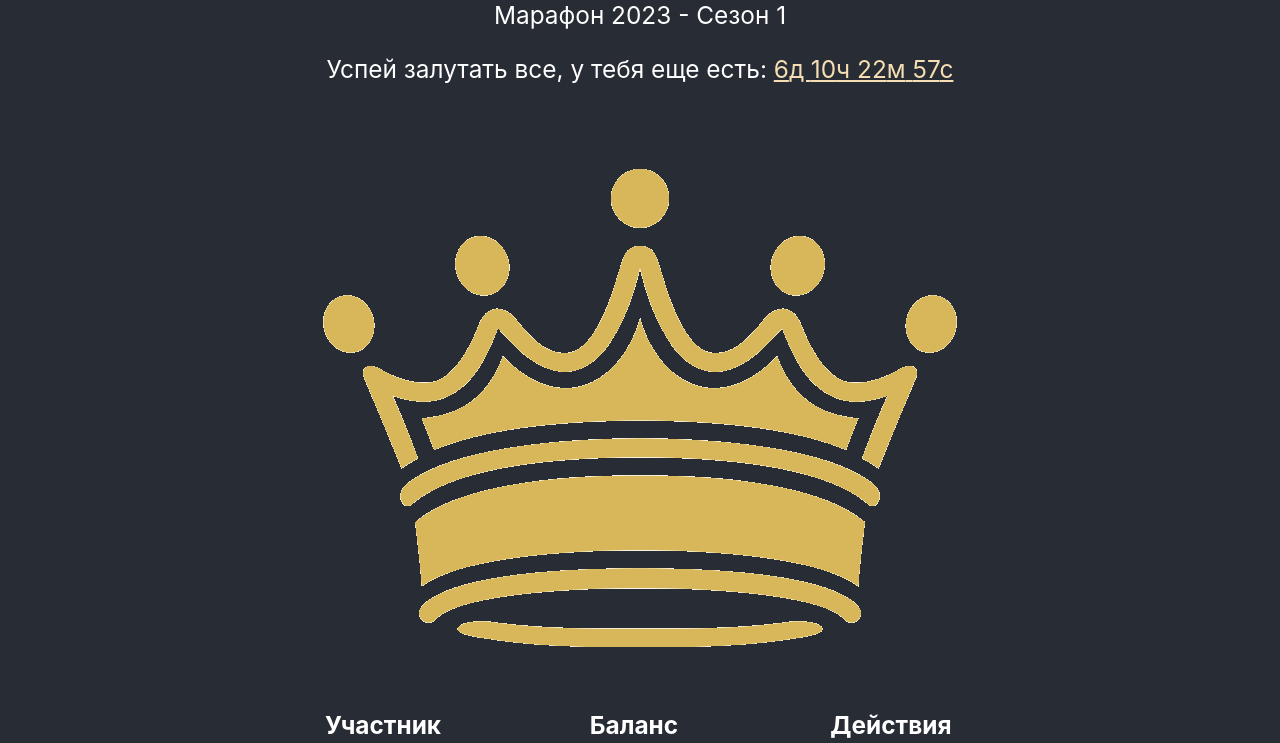
Repository: bandikost/capers
Page: /main
The author's editor kept a copy of each file at every save. The page is drawn from the files as they stood at one save, then again after the next save.
The browser window is 1280 px wide. The pictures show the whole page.
The page's requests for data from a server got no answer. The project was rebuilt for these pictures with package versions that can differ from the ones it lists, and the page was loaded fresh each time. No one was signed in, and anything a server would have sent is missing.

Above is the page before, as saved 2023-04-10 17:04:04.

After the next save:
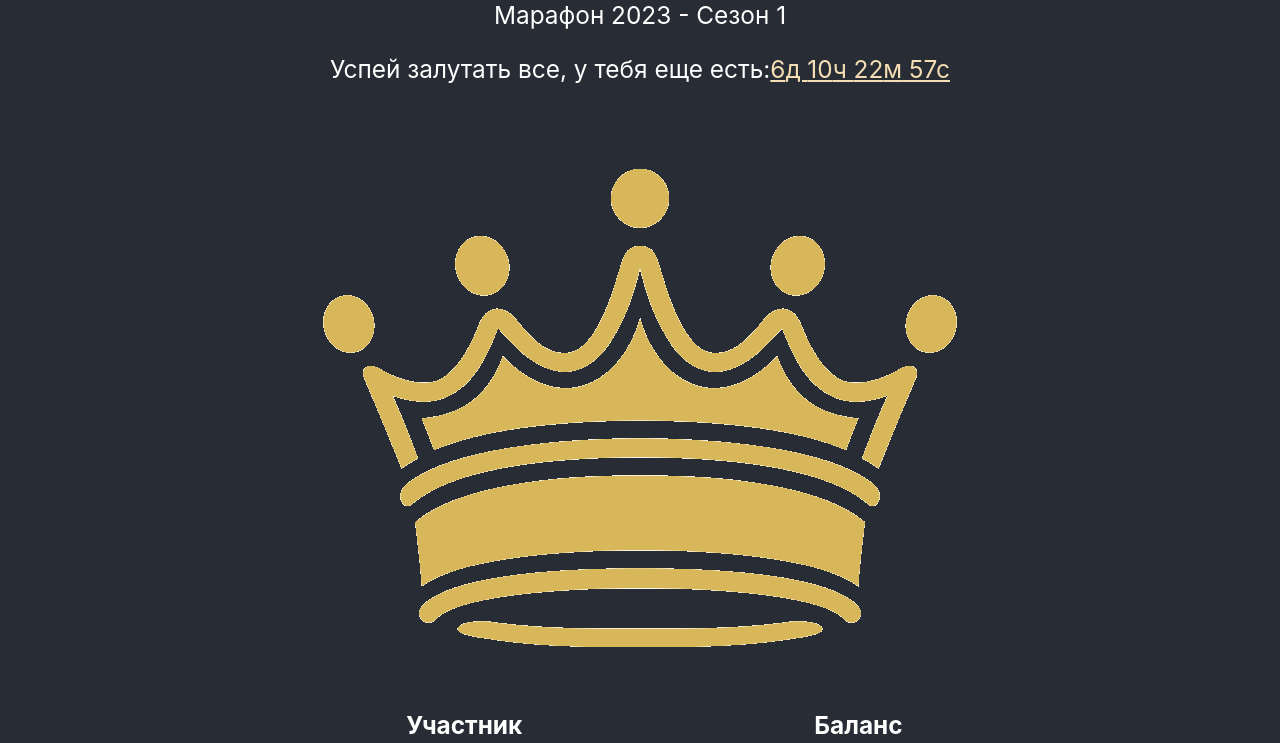
Saved 5 s later.
--- a/src/components/Main.jsx
+++ b/src/components/Main.jsx
@@ -70,46 +70,43 @@ const Main = () => {
   };
 
   const sortedBalances = Object.entries(balance).sort((a, b) => b[1] - a[1]);
+
   return (
     <div className="container">
       Марафон 2023 - Сезон 1
       <p>
-       Успей залутать все, у тебя еще есть: <span style={{color: "wheat", textDecoration: "underline"}}>
-       {timeRemaining.days}д {timeRemaining.hours}ч {timeRemaining.minutes}м{" "}
-        {timeRemaining.seconds}с
+        Успей залутать все, у тебя еще есть:
+        <span style={{ color: "wheat", textDecoration: "underline" }}>
+          {timeRemaining.days}д {timeRemaining.hours}ч {timeRemaining.minutes}м{" "}
+          {timeRemaining.seconds}с
         </span>
       </p>
-      <img src={crown} alt="logo" className="logo" />
+      <img src={crown} alt="Crown" />
       <table>
         <thead>
           <tr>
             <th>Участник</th>
             <th>Баланс</th>
-            <th>Действия</th>
+            <th></th>
           </tr>
         </thead>
         <tbody>
           {sortedBalances.map(([user, balance]) => (
             <tr key={user}>
               <td>{name[user]}</td>
-              {editingUser === user ? (
-                <td>
+              <td>
+                {editingUser === user ? (
                   <input
                     type="number"
                     value={balance}
-                    onChange={(e) => setbalance({ ...balance, [user]: +e.target.value })}
+                    onChange={(e) => setbalance({ ...balance, [user]: e.target.value })}
+                    onBlur={() => handleSaveClick(user, balance)}
                   />
-                </td>
-              ) : (
-                <td>{balance} рублей</td>
-              )}
-              <td>
-                {editingUser === user ? (
-                  <button onClick={() => handleSaveClick(user, balance)}>Сохранить</button>
                 ) : (
-                  <button onClick={() => handleEditClick(user)}>Изменить</button>
+                  <span onDoubleClick={() => handleEditClick(user)}>{balance}</span>
                 )}
               </td>
+              <td>{diff[user] ? diff[user] : ""}</td>
             </tr>
           ))}
         </tbody>
